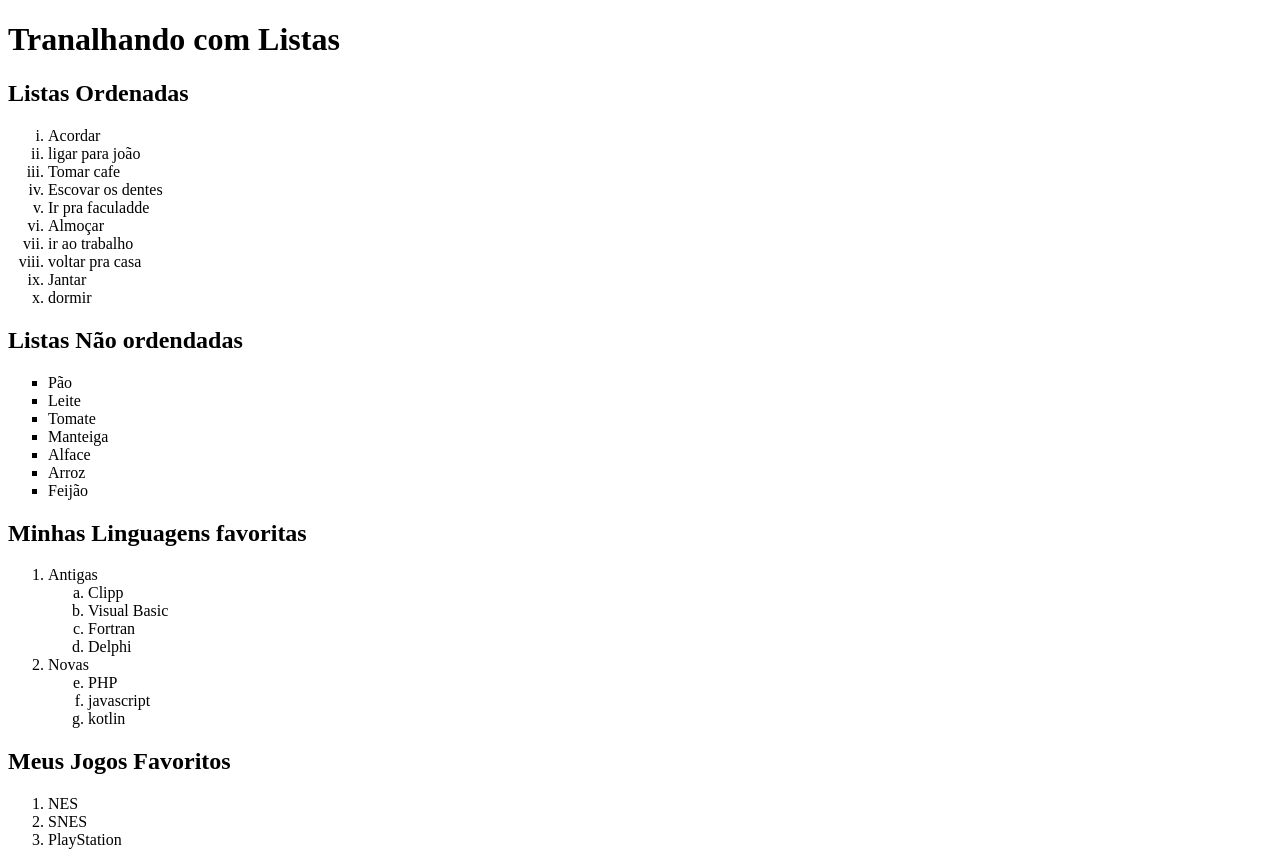
Repository: pheonix5/Estudo
Page: html-css/exercicios/ex009/index.html
An editor plug-in stored every save of this project. The page is shown before and after the next save, followed by the edit.
The browser window is 1280 px wide. The pictures show the whole page.

Above is the page before, as saved 2023-08-01 22:32:41.

### html-css/exercicios/ex009/index.html
<!DOCTYPE html>
<html lang="pt-br">
<head>
  <meta charset="UTF-8">
  <meta name="viewport" content="width=device-width, initial-scale=1.0">
  <title>Listas</title>
</head>
<body>
  <h1>Tranalhando com Listas</h1>
  <h2>Listas Ordenadas</h2>

  <ol type="i"> <!-- 1 A a I i -->
    <li>Acordar</li>
    <li>ligar para joão</li>
    <li>Tomar cafe</li>
    <li>Escovar os dentes</li>
    <li>Ir pra faculadde</li>
    <li>Almoçar</li>
    <li>ir ao trabalho</li>
    <li>voltar pra casa</li>
    <li>Jantar</li>
    <li>dormir</li>
  </ol>

  <h2>Listas Não ordendadas</h2>
  <ul type="square"> <!-- disc circle square -->
    <li>Pão</li>
    <li>Leite</li>
    <li>Tomate</li>
    <li>Manteiga</li>
    <li>Alface</li>
    <li>Arroz</li>
    <li>Feijão</li>
  </ul>

  <h2>Minhas Linguagens favoritas </h2>
  <ol>
    <li>Antigas</li>
    <ol type="a">
      <li>Clipp</li>
      <li>Visual Basic</li>
      <li>Fortran</li>
      <li>Delphi</li>
    </ol>
    <li>Novas</li>
    <ol type="a" start="5">
      <li>PHP</li>
      <li>javascript</li>
      <li>kotlin</li>
    </ol>
  </ol>

  <h2>Meus Jogos Favoritos </h2>
    <ol>
      <li>NES</li>
      <li>SNES</li>
      <li>PlayStation</li>
    </ol>
</html>

After the next save:
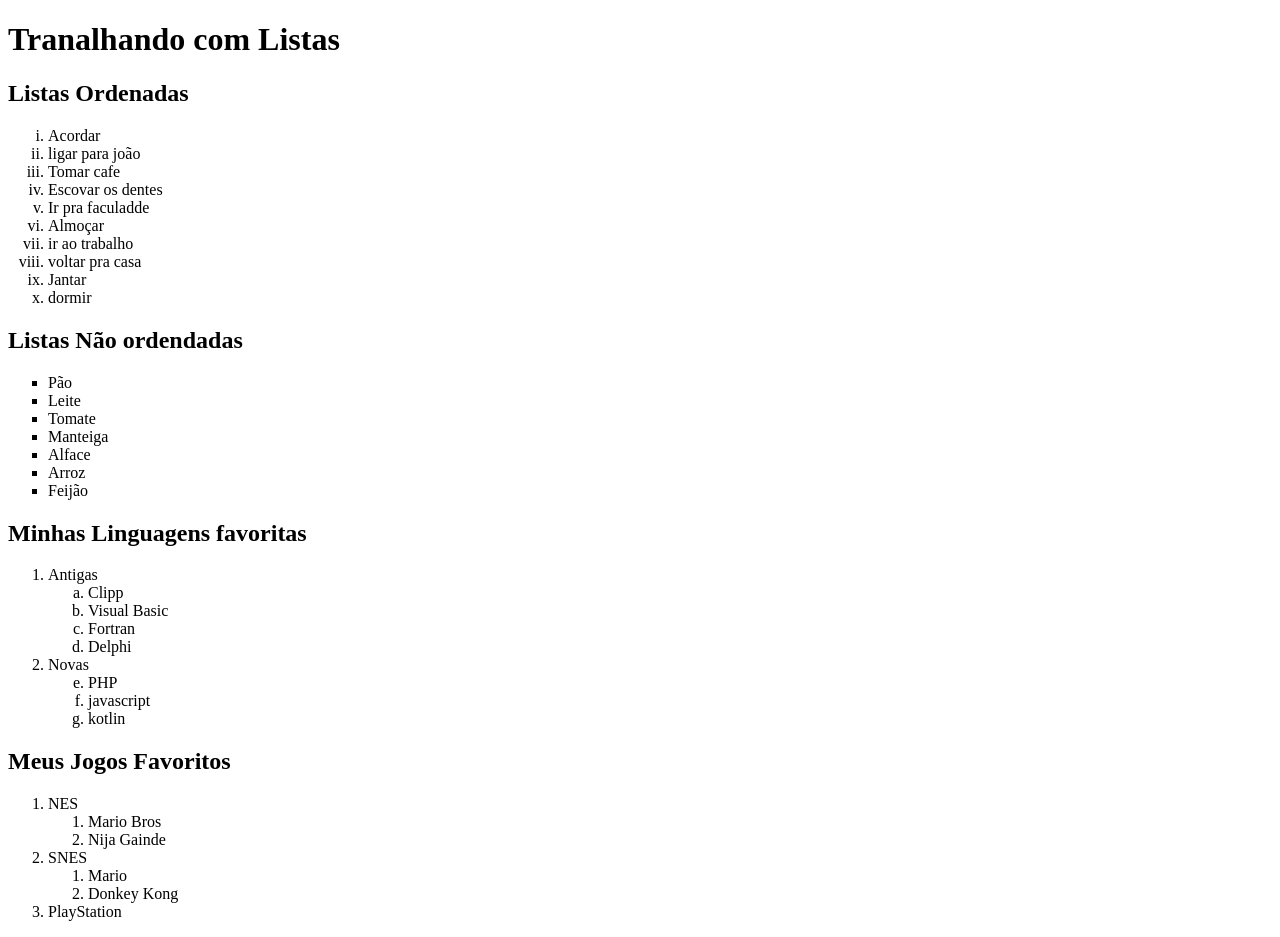
Saved 44 s later.
--- a/html-css/exercicios/ex009/index.html
+++ b/html-css/exercicios/ex009/index.html
@@ -53,7 +53,15 @@
   <h2>Meus Jogos Favoritos </h2>
     <ol>
       <li>NES</li>
+      <ol>
+        <li>Mario Bros</li>
+        <li>Nija Gainde</li>
+      </ol>
       <li>SNES</li>
+      <ol>
+        <li>Mario</li>
+        <li>Donkey Kong</li>
+      </ol>
       <li>PlayStation</li>
     </ol>
 </html>
